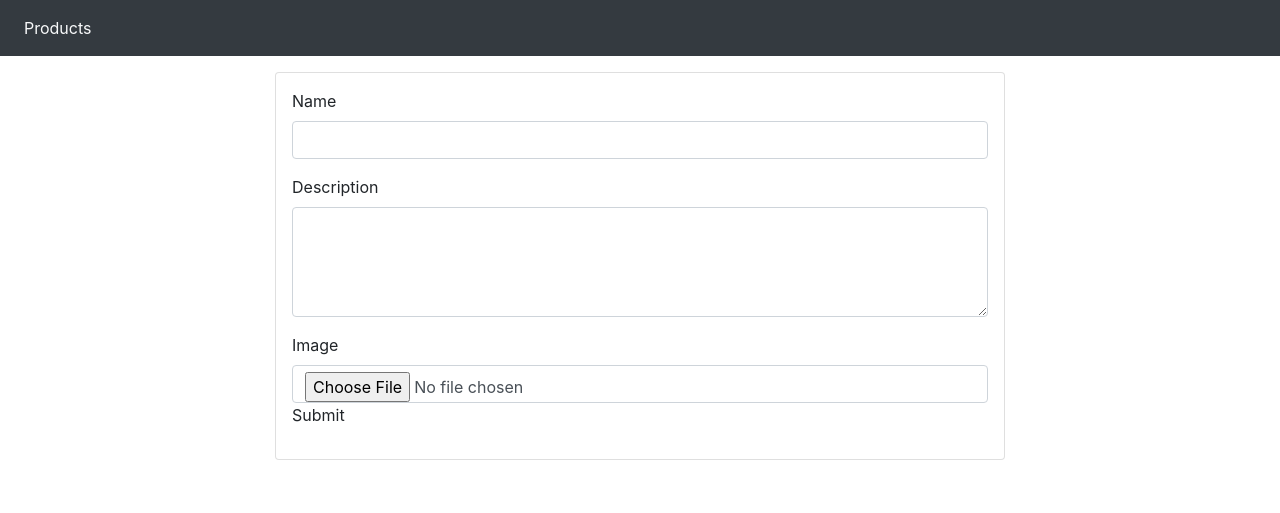
Repository: Aniksaha19/curd
Page: http://localhost/products/create
These files come from the project's save history. The page is drawn as it stood at one moment and after a run of saves; the edit follows.
The browser window is 1280 px wide. The pictures show the whole page.
The page is served by the project's Laravel application, run on PHP 8.4 with Laravel 10. Other server files are loaded and not shown.

Above is the page before, as saved 2023-06-01 17:27:07.

### routes/web.php
<?php

use Illuminate\Support\Facades\Route;
use App\Http\Controllers\ProductController;

/*
|--------------------------------------------------------------------------
| Web Routes
|--------------------------------------------------------------------------
|
| Here is where you can register web routes for your application. These
| routes are loaded by the RouteServiceProvider and all of them will
| be assigned to the "web" middleware group. Make something great!
|
*/

Route::get('/', [ProductController::class, 'index'])->name('products.index');
Route::get('products/create', [ProductController::class, 'create'])->name('products.create');
Route::post('products/store', [ProductController::class, 'store'])->name('products.store');

### app/Http/Controllers/ProductController.php
<?php

namespace App\Http\Controllers;

use Illuminate\Http\Request;
use App\Models\Product;

class ProductController extends Controller
{
    public function index(){
        return view('products.index');
    }
    public function create(){
        return view('products.create');
    }
    public function store(Request $request){

        //validate date
        $request->validate([
            'name' => 'required',
            'description'=> 'required',
            'image' => 'required|mimes:jpeg,jpg,png,gif|max:1000'
        ]);
        //upload image
        // dd($request->all());
        $imagesName = time().'.'.$request->image->extension();
        $request->image->move(public_path('products'), $imagesName);

        $product = new Product;
        $product->image = $imagesName;
        $product->name = $request->name;
        $product->description = $request->description;

        $product->save();
        return back();
        // dd($imagesName);
    }
}

### resources/views/products/create.blade.php
<!DOCTYPE html>
<html lang="en">
<head>
    <meta charset="UTF-8">
    <meta http-equiv="X-UA-Compatible" content="IE=edge">
    <meta name="viewport" content="width=device-width, initial-scale=1.0">
    <title>Laravel CURD</title>

    <link rel="stylesheet" href="https://cdn.jsdelivr.net/npm/bootstrap@4.6.2/dist/css/bootstrap.min.css">
    <script src="https://cdn.jsdelivr.net/npm/jquery@3.6.4/dist/jquery.slim.min.js"></script>
    <script src="https://cdn.jsdelivr.net/npm/popper.js@1.16.1/dist/umd/popper.min.js"></script>
    <script src="https://cdn.jsdelivr.net/npm/bootstrap@4.6.2/dist/js/bootstrap.bundle.min.js"></script>
</head>
<body>

        <nav class="navbar navbar-expand-sm bg-dark">
            <ul class="navbar-nav">
                <li class="nav-item">
                    <a class="nav-link text-light" href="/">Products</a>
                </li>
            </ul>
        </nav>
           <div class="container">
                <div class="row justify-content-center">
                    <div class="col-sm-8">
                        <div class="card mt-3 p-3">
                            <form method="POST" action="/products/store" enctype="multipart/form-data">
                                @csrf
                                <div class="form-group">
                                    <label>Name</label>
                                    <input type="text" name="name" class="form-control" value="{{ old('name') }}"/>
                                    @if($errors->has('name'))
                                        <span class="text-danger">{{ $errors->first('name') }}</span>
                                    @endif
                                </div>
                                <div class="form-group">
                                    <label>Description</label>
                                    <textarea class="form-control" rows="4" name="description">{{ old('description') }}</textarea>
                                    @if($errors->has('description'))
                                        <span class="text-danger">{{ $errors->first('description') }}</span>
                                    @endif
                                </div>
                                    <div class="form-group">
                                        <label>Image</label>
                                        <input type="file" name="image" class="form-control" value="{{ old('image') }}/>
                                        @if($errors->has('image'))
                                            <span class="text-danger">{{ $errors->first('image') }}</span>
                                        @endif
                                    </div>
                                    <button type="submit" class="btn btn-dark">Submit</button>
                            </form>
                        </div>
                    </div>
                </div>
           </div>
        </div>
</body>
</html>

Loaded but not shown: app/Http/Controllers/Controller.php (common file)

After the next 2 saves:
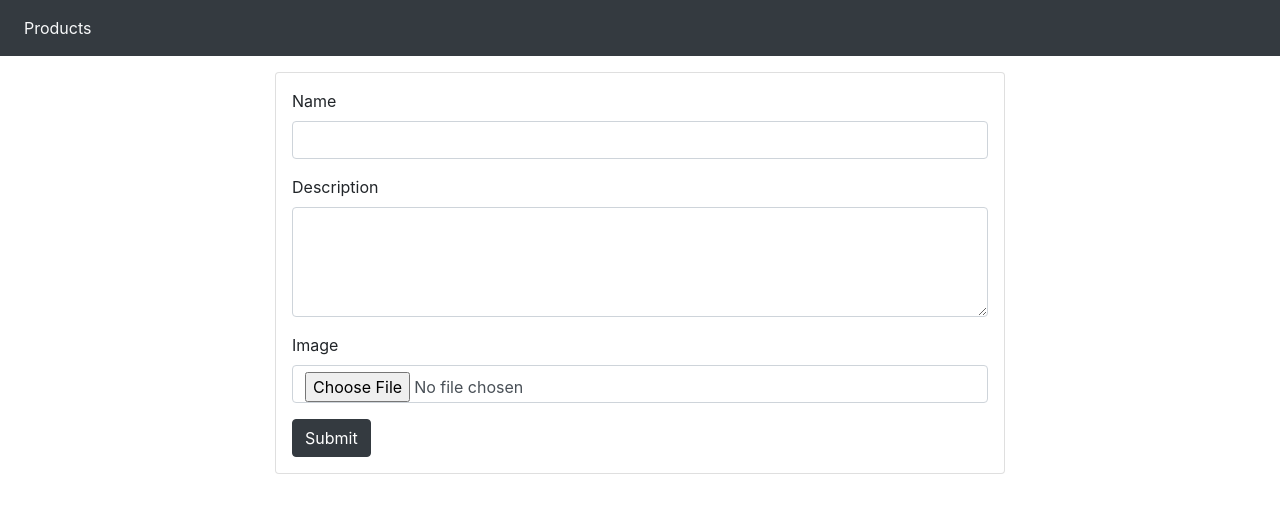
The 2 saves are shown as one change because they came seconds apart.
The last was saved 37 s later.
--- a/resources/views/products/create.blade.php
+++ b/resources/views/products/create.blade.php
@@ -42,7 +42,7 @@
                                 </div>
                                     <div class="form-group">
                                         <label>Image</label>
-                                        <input type="file" name="image" class="form-control" value="{{ old('image') }}/>
+                                        <input type="file" name="image" class="form-control"/>
                                         @if($errors->has('image'))
                                             <span class="text-danger">{{ $errors->first('image') }}</span>
                                         @endif
